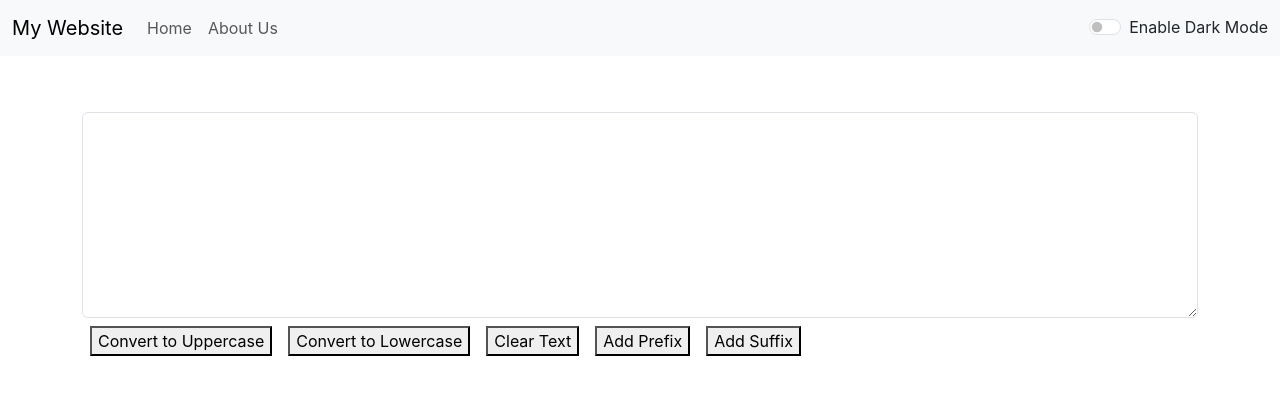
Repository: WajihaGul/Reactjs
Page: /
An editor plug-in stored every save of this project. The page is shown before and after the next save, followed by the edit.
The browser window is 1280 px wide. The pictures show the whole page.
The project was rebuilt for these pictures with package versions that can differ from the ones it lists, and the page was loaded fresh each time. Also part of the build but not shown: src/App.css.

Above is the page before, as saved 2024-02-08 09:46:36.

After the next save:
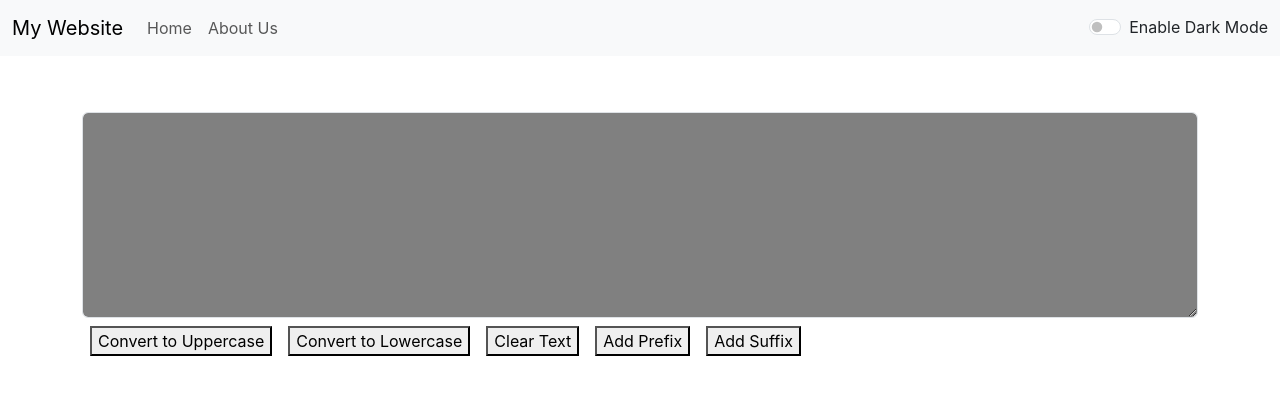
Saved 44 s later.
--- a/src/Components/TextArea.js
+++ b/src/Components/TextArea.js
@@ -36,7 +36,7 @@ export default function TextArea(props) {
         <>
             <div className="container" style={{ color: props.mode === 'light' ? 'black' : 'white' }}>
                 <h1>Write Here</h1>
-                <textarea className="form-control" value={text} onChange={textOnChange} style={{ backgroundColor: props.mode === 'light' ? 'black' : 'white', color: props.mode === 'light' ? 'black' : 'white' }} id="myBox" rows="8"></textarea>
+                <textarea className="form-control" value={text} onChange={textOnChange} style={{ backgroundColor: props.mode === 'black' ? 'white' : 'grey', color: props.mode === 'light' ? 'black' : 'white' }} id="myBox" rows="8"></textarea>
                 <button className="btn1 mx-2 my-2" onClick={textUpper}>Convert to Uppercase</button>
                 <button className="btn2 mx-2 my-2" onClick={textLower}>Convert to Lowercase</button>
                 <button className="btn3 mx-2 " onClick={textClear}>Clear Text</button>
